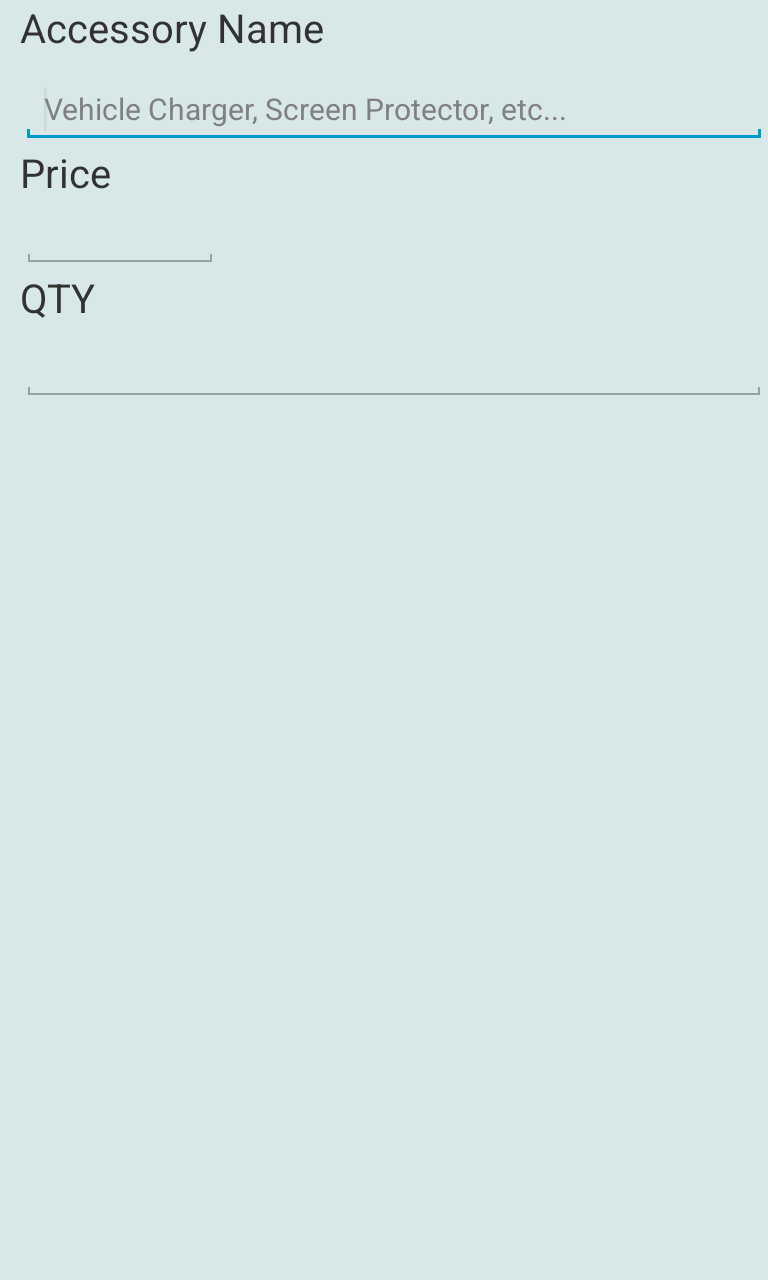
Repository: jemcphe/XCell
Layout: XCell/res/layout/frag_accessories.xml
The author's editor kept a copy of each file at every save. The layout is drawn from the files as they stood at one save, then again after the next save.
It is drawn on a 768 x 1280 px phone screen (xhdpi) without system bars, with theme Theme.Xcell; the app's code is not run.

Above is the layout before, as saved 2013-08-16 02:39:53.

### XCell/res/layout/frag_accessories.xml
<?xml version="1.0" encoding="utf-8"?>
<LinearLayout xmlns:android="http://schemas.android.com/apk/res/android"
    android:id="@+id/frag_accessories"
    android:layout_width="match_parent"
    android:layout_height="match_parent"
    android:background="@color/background_xcell"
    android:orientation="vertical" >

    <TextView
        android:layout_width="300dp"
        android:layout_height="wrap_content"
        android:textSize="20sp"
        android:layout_marginLeft="10dp"
        android:text="Accessory Name"/>

    <EditText
        android:id="@+id/editText1"
        android:layout_width="match_parent"
        android:layout_height="wrap_content"
        android:hint="Vehicle Charger, Screen Protector, etc..."
        android:layout_marginLeft="10dp"
        android:textSize="15sp"
        android:layout_marginTop="10dp">

        <requestFocus />
    </EditText>

    <TextView
        android:id="@+id/textView1"
        android:layout_width="wrap_content"
        android:layout_height="wrap_content"
        android:text="Price"
        android:textSize="20sp"
        android:layout_marginLeft="10dp" />

    <EditText
        android:id="@+id/editText2"
        android:layout_width="100dp"
        android:layout_height="wrap_content"
        android:textSize="15sp"
        android:inputType="numberDecimal"
        android:layout_marginLeft="10dp" />

    <TextView
        android:id="@+id/textView2"
        android:layout_width="wrap_content"
        android:layout_height="wrap_content"
        android:text="QTY"
        android:textSize="20sp"
        android:layout_marginLeft="10dp" />

    <EditText
        android:id="@+id/editText3"
        android:layout_width="match_parent"
        android:layout_height="wrap_content"
        android:ems="10"
        android:inputType="number"
        android:layout_marginLeft="10dp" />

</LinearLayout>

### XCell/res/values/styles_xcell.xml
<?xml version="1.0" encoding="utf-8"?>

<resources>

    <style name="Theme.Xcell" parent="@android:style/Theme.Holo.Light">
        <item name="android:actionBarItemBackground">@drawable/selectable_background_xcell</item>
        <item name="android:popupMenuStyle">@style/PopupMenu.Xcell</item>
        <item name="android:dropDownListViewStyle">@style/DropDownListView.Xcell</item>
        <item name="android:actionBarTabStyle">@style/ActionBarTabStyle.Xcell</item>
        <item name="android:actionDropDownStyle">@style/DropDownNav.Xcell</item>
        <item name="android:actionBarStyle">@style/ActionBar.Solid.Xcell</item>
        <item name="android:actionModeBackground">@drawable/cab_background_top_xcell</item>
        <item name="android:actionModeSplitBackground">@drawable/cab_background_bottom_xcell</item>
        <item name="android:actionModeCloseButtonStyle">@style/ActionButton.CloseMode.Xcell</item>


    </style>

    <style name="ActionBar.Solid.Xcell" parent="@android:style/Widget.Holo.Light.ActionBar.Solid">
        <item name="android:background">@drawable/ab_background_textured_xcell</item>
        <item name="android:backgroundStacked">@drawable/ab_stacked_solid_xcell</item>
        <item name="android:backgroundSplit">@drawable/ab_background_textured_xcell</item>
        <item name="android:progressBarStyle">@style/ProgressBar.Xcell</item>
    </style>

    <style name="ActionBar.Transparent.Xcell" parent="@android:style/Widget.Holo.Light.ActionBar">
        <item name="android:background">@drawable/ab_transparent_xcell</item>
        <item name="android:progressBarStyle">@style/ProgressBar.Xcell</item>
    </style>

    <style name="PopupMenu.Xcell" parent="@android:style/Widget.Holo.Light.ListPopupWindow">
        <item name="android:popupBackground">@drawable/menu_dropdown_panel_xcell</item>
    </style>

    <style name="DropDownListView.Xcell" parent="@android:style/Widget.Holo.Light.ListView.DropDown">
        <item name="android:listSelector">@drawable/selectable_background_xcell</item>
    </style>

    <style name="ActionBarTabStyle.Xcell" parent="@android:style/Widget.Holo.Light.ActionBar.TabView">
        <item name="android:background">@drawable/tab_indicator_ab_xcell</item>
    </style>

    <style name="DropDownNav.Xcell" parent="@android:style/Widget.Holo.Light.Spinner">
        <item name="android:background">@drawable/spinner_background_ab_xcell</item>
        <item name="android:popupBackground">@drawable/menu_dropdown_panel_xcell</item>
        <item name="android:dropDownSelector">@drawable/selectable_background_xcell</item>
    </style>

    <style name="ProgressBar.Xcell" parent="@android:style/Widget.Holo.Light.ProgressBar.Horizontal">
        <item name="android:progressDrawable">@drawable/progress_horizontal_xcell</item>
    </style>

    <style name="ActionButton.CloseMode.Xcell" parent="@android:style/Widget.Holo.Light.ActionButton.CloseMode">
        <item name="android:background">@drawable/btn_cab_done_xcell</item>
    </style>

    <!-- this style is only referenced in a Light.DarkActionBar based theme -->
    <style name="Theme.Xcell.Widget" parent="@android:style/Theme.Holo">
        <item name="android:popupMenuStyle">@style/PopupMenu.Xcell</item>
        <item name="android:dropDownListViewStyle">@style/DropDownListView.Xcell</item>
    </style>

</resources>

### XCell/res/drawable/selectable_background_xcell.xml
<?xml version="1.0" encoding="utf-8"?>
<!-- File created by the Android Action Bar Style Generator

     Copyright (C) 2011 The Android Open Source Project
     Copyright (C) 2012 readyState Software Ltd

     Licensed under the Apache License, Version 2.0 (the "License");
     you may not use this file except in compliance with the License.
     You may obtain a copy of the License at

          http://www.apache.org/licenses/LICENSE-2.0

     Unless required by applicable law or agreed to in writing, software
     distributed under the License is distributed on an "AS IS" BASIS,
     WITHOUT WARRANTIES OR CONDITIONS OF ANY KIND, either express or implied.
     See the License for the specific language governing permissions and
     limitations under the License.
-->

<selector xmlns:android="http://schemas.android.com/apk/res/android"
        android:exitFadeDuration="@android:integer/config_mediumAnimTime" >
    <item android:state_pressed="false" android:state_focused="true" android:drawable="@drawable/list_focused_xcell" />
    <item android:state_pressed="true" android:drawable="@drawable/pressed_background_xcell" />
    <item android:drawable="@android:color/transparent" />
</selector>

### XCell/res/drawable/btn_cab_done_xcell.xml
<?xml version="1.0" encoding="utf-8"?>
<!-- File created by the Android Action Bar Style Generator

     Copyright (C) 2011 The Android Open Source Project
     Copyright (C) 2012 readyState Software Ltd

     Licensed under the Apache License, Version 2.0 (the "License");
     you may not use this file except in compliance with the License.
     You may obtain a copy of the License at

          http://www.apache.org/licenses/LICENSE-2.0

     Unless required by applicable law or agreed to in writing, software
     distributed under the License is distributed on an "AS IS" BASIS,
     WITHOUT WARRANTIES OR CONDITIONS OF ANY KIND, either express or implied.
     See the License for the specific language governing permissions and
     limitations under the License.
-->

<selector xmlns:android="http://schemas.android.com/apk/res/android">
    <item android:state_pressed="true"
        android:drawable="@drawable/btn_cab_done_pressed_xcell" />
    <item android:state_focused="true" android:state_enabled="true"
        android:drawable="@drawable/btn_cab_done_focused_xcell" />
    <item android:state_enabled="true"
        android:drawable="@drawable/btn_cab_done_default_xcell" />
</selector>

### XCell/res/drawable/ab_background_textured_xcell.xml
<?xml version="1.0" encoding="utf-8"?>
<!-- File created by the Android Action Bar Style Generator

     Copyright (C) 2012 readyState Software Ltd

     Licensed under the Apache License, Version 2.0 (the "License");
     you may not use this file except in compliance with the License.
     You may obtain a copy of the License at

          http://www.apache.org/licenses/LICENSE-2.0

     Unless required by applicable law or agreed to in writing, software
     distributed under the License is distributed on an "AS IS" BASIS,
     WITHOUT WARRANTIES OR CONDITIONS OF ANY KIND, either express or implied.
     See the License for the specific language governing permissions and
     limitations under the License.
-->

<bitmap xmlns:android="http://schemas.android.com/apk/res/android"
    android:src="@drawable/ab_texture_tile_xcell"
    android:tileMode="repeat" />

### XCell/res/drawable/progress_horizontal_xcell.xml
<?xml version="1.0" encoding="utf-8"?>
<!-- File created by the Android Action Bar Style Generator

     Copyright (C) 2011 The Android Open Source Project
     Copyright (C) 2012 readyState Software Ltd

     Licensed under the Apache License, Version 2.0 (the "License");
     you may not use this file except in compliance with the License.
     You may obtain a copy of the License at

          http://www.apache.org/licenses/LICENSE-2.0

     Unless required by applicable law or agreed to in writing, software
     distributed under the License is distributed on an "AS IS" BASIS,
     WITHOUT WARRANTIES OR CONDITIONS OF ANY KIND, either express or implied.
     See the License for the specific language governing permissions and
     limitations under the License.
-->

<layer-list xmlns:android="http://schemas.android.com/apk/res/android">

    <item android:id="@android:id/background"
          android:drawable="@drawable/progress_bg_xcell" />

    <item android:id="@android:id/secondaryProgress">
        <scale android:scaleWidth="100%"
               android:drawable="@drawable/progress_secondary_xcell" />
    </item>

    <item android:id="@android:id/progress">
        <scale android:scaleWidth="100%"
               android:drawable="@drawable/progress_primary_xcell" />
    </item>

</layer-list>

### XCell/res/drawable/spinner_background_ab_xcell.xml
<?xml version="1.0" encoding="utf-8"?>
<!-- File created by the Android Action Bar Style Generator

     Copyright (C) 2011 The Android Open Source Project
     Copyright (C) 2012 readyState Software Ltd

     Licensed under the Apache License, Version 2.0 (the "License");
     you may not use this file except in compliance with the License.
     You may obtain a copy of the License at

          http://www.apache.org/licenses/LICENSE-2.0

     Unless required by applicable law or agreed to in writing, software
     distributed under the License is distributed on an "AS IS" BASIS,
     WITHOUT WARRANTIES OR CONDITIONS OF ANY KIND, either express or implied.
     See the License for the specific language governing permissions and
     limitations under the License.
-->

<selector xmlns:android="http://schemas.android.com/apk/res/android">
    <item android:state_enabled="false"
        android:drawable="@drawable/spinner_ab_disabled_xcell" />
    <item android:state_pressed="true"
        android:drawable="@drawable/spinner_ab_pressed_xcell" />
    <item android:state_pressed="false" android:state_focused="true"
        android:drawable="@drawable/spinner_ab_focused_xcell" />
    <item android:drawable="@drawable/spinner_ab_default_xcell" />
</selector>

### XCell/res/drawable/tab_indicator_ab_xcell.xml
<?xml version="1.0" encoding="utf-8"?>
<!-- File created by the Android Action Bar Style Generator

     Copyright (C) 2011 The Android Open Source Project
     Copyright (C) 2012 readyState Software Ltd

     Licensed under the Apache License, Version 2.0 (the "License");
     you may not use this file except in compliance with the License.
     You may obtain a copy of the License at

          http://www.apache.org/licenses/LICENSE-2.0

     Unless required by applicable law or agreed to in writing, software
     distributed under the License is distributed on an "AS IS" BASIS,
     WITHOUT WARRANTIES OR CONDITIONS OF ANY KIND, either express or implied.
     See the License for the specific language governing permissions and
     limitations under the License.
-->

<selector xmlns:android="http://schemas.android.com/apk/res/android">
    <!-- Non focused states -->
    <item android:state_focused="false" android:state_selected="false" android:state_pressed="false" android:drawable="@android:color/transparent" />
    <item android:state_focused="false" android:state_selected="true"  android:state_pressed="false" android:drawable="@drawable/tab_selected_xcell" />

    <!-- Focused states -->
    <item android:state_focused="true" android:state_selected="false" android:state_pressed="false" android:drawable="@drawable/tab_unselected_focused_xcell" />
    <item android:state_focused="true" android:state_selected="true"  android:state_pressed="false" android:drawable="@drawable/tab_selected_focused_xcell" />

    <!-- Pressed -->
    <!--    Non focused states -->
    <item android:state_focused="false" android:state_selected="false" android:state_pressed="true" android:drawable="@drawable/tab_unselected_pressed_xcell" />
    <item android:state_focused="false" android:state_selected="true"  android:state_pressed="true" android:drawable="@drawable/tab_selected_pressed_xcell" />

    <!--    Focused states -->
    <item android:state_focused="true" android:state_selected="false" android:state_pressed="true" android:drawable="@drawable/tab_unselected_pressed_xcell" />
    <item android:state_focused="true" android:state_selected="true"  android:state_pressed="true" android:drawable="@drawable/tab_selected_pressed_xcell" />
</selector>

### XCell/res/drawable/pressed_background_xcell.xml
<?xml version="1.0" encoding="utf-8"?>
<!-- File created by the Android Action Bar Style Generator

     Copyright (C) 2011 The Android Open Source Project
     Copyright (C) 2012 readyState Software Ltd

     Licensed under the Apache License, Version 2.0 (the "License");
     you may not use this file except in compliance with the License.
     You may obtain a copy of the License at

          http://www.apache.org/licenses/LICENSE-2.0

     Unless required by applicable law or agreed to in writing, software
     distributed under the License is distributed on an "AS IS" BASIS,
     WITHOUT WARRANTIES OR CONDITIONS OF ANY KIND, either express or implied.
     See the License for the specific language governing permissions and
     limitations under the License.
-->

<shape xmlns:android="http://schemas.android.com/apk/res/android" android:shape="rectangle">
    <solid android:color="@color/pressed_xcell" />
</shape>

### XCell/res/values/colors_xcell.xml
<?xml version="1.0" encoding="utf-8"?>
<!-- File created by the Android Action Bar Style Generator

     Copyright (C) 2011 The Android Open Source Project
     Copyright (C) 2012 readyState Software Ltd

     Licensed under the Apache License, Version 2.0 (the "License");
     you may not use this file except in compliance with the License.
     You may obtain a copy of the License at

          http://www.apache.org/licenses/LICENSE-2.0

     Unless required by applicable law or agreed to in writing, software
     distributed under the License is distributed on an "AS IS" BASIS,
     WITHOUT WARRANTIES OR CONDITIONS OF ANY KIND, either express or implied.
     See the License for the specific language governing permissions and
     limitations under the License.
-->

<resources>
    <color name="pressed_xcell">#CC33B5E5</color>
    <color name="background_xcell">#d8e8e8</color>
    <color name="xcell_blue">#12679b</color>
</resources>

After the next save:
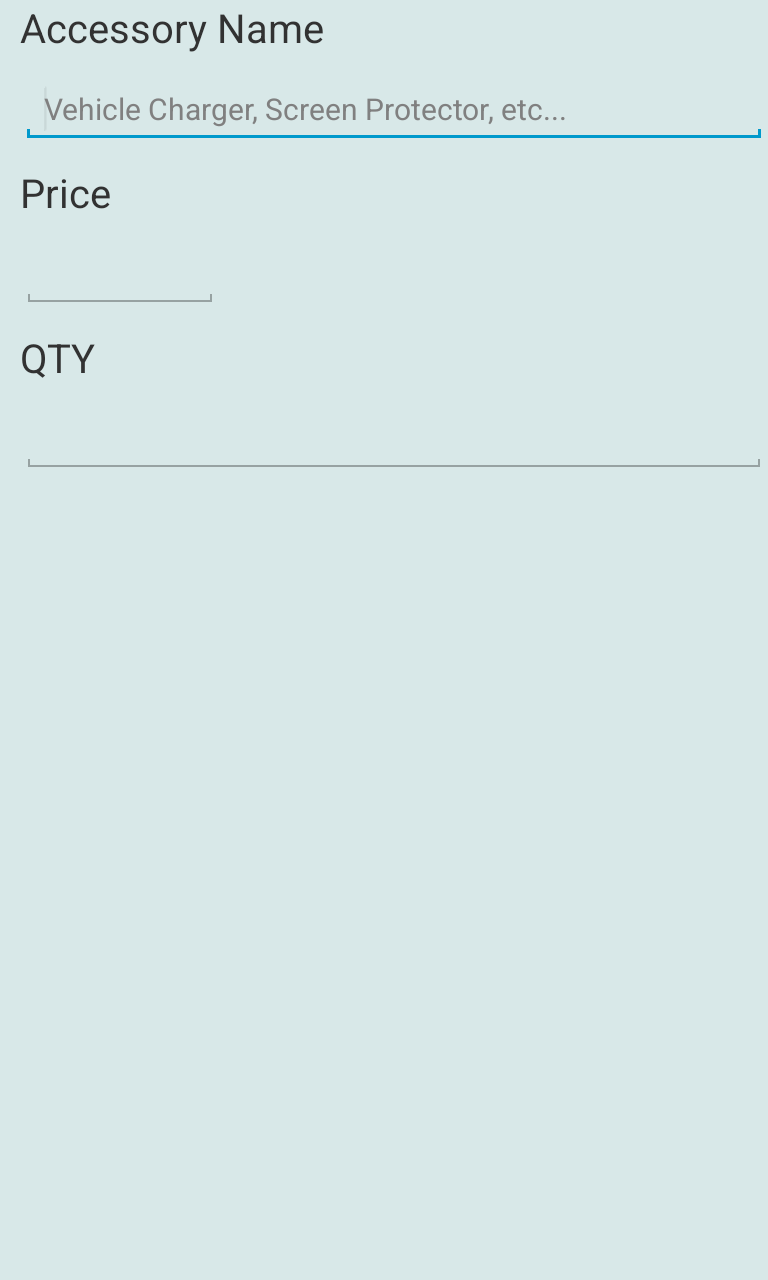
Saved 68 s later.
--- a/XCell/res/layout/frag_accessories.xml
+++ b/XCell/res/layout/frag_accessories.xml
@@ -31,7 +31,8 @@
         android:layout_height="wrap_content"
         android:text="Price"
         android:textSize="20sp"
-        android:layout_marginLeft="10dp" />
+        android:layout_marginLeft="10dp"
+        android:layout_marginTop="10dp" />
 
     <EditText
         android:id="@+id/editText2"
@@ -39,7 +40,8 @@
         android:layout_height="wrap_content"
         android:textSize="15sp"
         android:inputType="numberDecimal"
-        android:layout_marginLeft="10dp" />
+        android:layout_marginLeft="10dp"
+        android:layout_marginTop="10dp" />
 
     <TextView
         android:id="@+id/textView2"
@@ -47,14 +49,16 @@
         android:layout_height="wrap_content"
         android:text="QTY"
         android:textSize="20sp"
-        android:layout_marginLeft="10dp" />
+        android:layout_marginLeft="10dp"
+        android:layout_marginTop="10dp" />
 
     <EditText
         android:id="@+id/editText3"
         android:layout_width="match_parent"
         android:layout_height="wrap_content"
-        android:ems="10"
+        android:textSize="15sp"
         android:inputType="number"
-        android:layout_marginLeft="10dp" />
+        android:layout_marginLeft="10dp"
+        android:layout_marginTop="10dp" />
 
 </LinearLayout>
